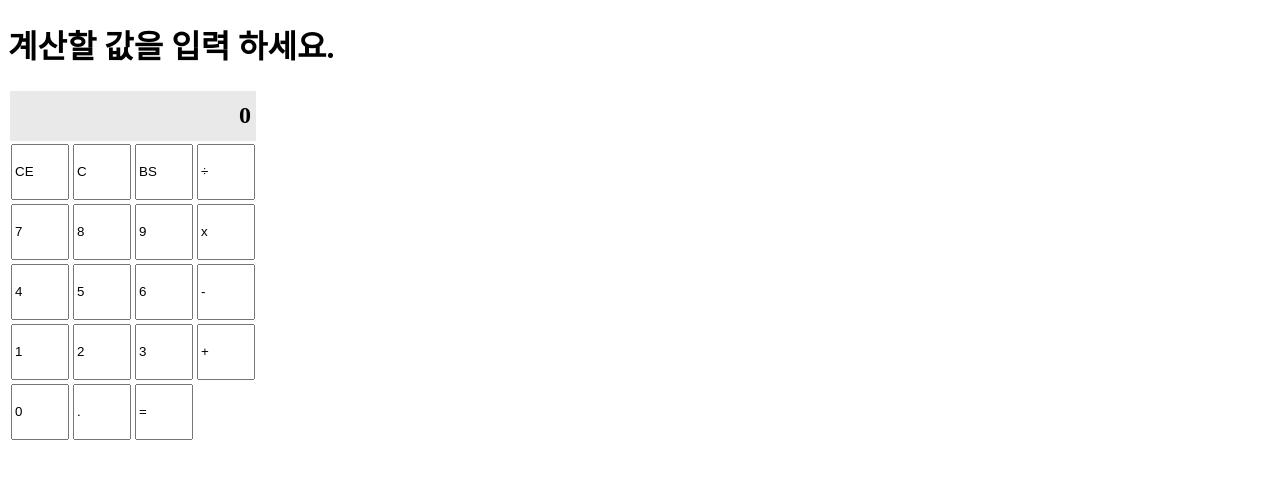
Repository: soyamilk0705/spring-newlecture
Page: ServeltAndJsp/JSPPrj/WebContent/calc3.html
These files come from the project's save history. The page is drawn as it stood at one moment and after the next save; the edit follows.
The browser window is 1280 px wide. The pictures show the whole page.

Above is the page before, as saved 2024-01-13 13:00:43.

### ServeltAndJsp/JSPPrj/WebContent/calc3.html
<!DOCTYPE html>
<html>
<head>
<meta charset="UTF-8">
<title>Insert title here</title>
<style>
input{
	width: 50px;
	height: 50px;
}
.output{
	height: 50px;
	background: #e9e9e9;
	font-size: 24px;
	font-weight: bold;
	text-align: right;
	padding: 0px 5px;
}
</style>
</head>
<body>
	<h1>계산할 값을 입력 하세요.</h1>
	<form action="/calc3" method="post">
		<table>
			<tr>
				<td class="output" colspan="4">0</td>
			</tr>
			<tr>
				<td><input type="" name="operator" value="CE" /></td>
				<td><input type="" name="operator" value="C" /></td>
				<td><input type="" name="operator" value="BS" /></td>
				<td><input type="" name="operator" value="÷" /></td>
			</tr>
			<tr>
				<td><input type="" name="value" value="7" /></td>
				<td><input type="" name="value" value="8" /></td>
				<td><input type="" name="value" value="9" /></td>
				<td><input type="" name="operator" value="x" /></td>
			</tr>
			<tr>
				<td><input type="" name="value" value="4" /></td>
				<td><input type="" name="value" value="5" /></td>
				<td><input type="" name="value" value="6" /></td>
				<td><input type="" name="operator" value="-" /></td>
			</tr>
			<tr>
				<td><input type="" name="value" value="1" /></td>
				<td><input type="" name="value" value="2" /></td>
				<td><input type="" name="value" value="3" /></td>
				<td><input type="" name="operator" value="+" /></td>
			</tr>
			<tr>
				<td><input type="" name="value" value="0" /></td>
				<td><input type="" name="dot" value="." /></td>
				<td><input type="" name="operator" value="=" /></td>
			</tr>
		</table>
	</form>
</body>
</html>

After the next save:
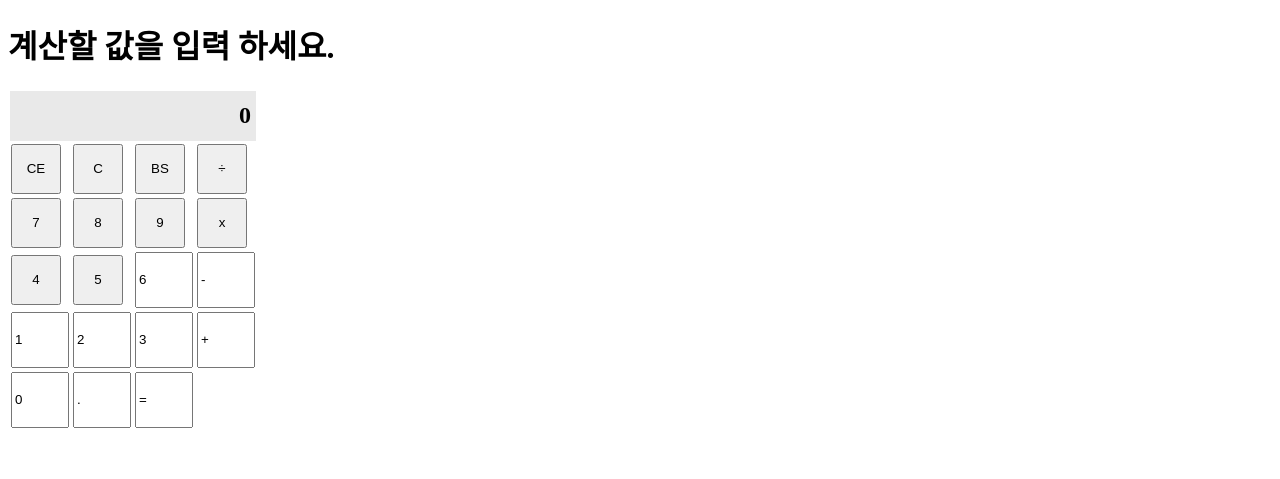
Saved 17 s later.
--- a/ServeltAndJsp/JSPPrj/WebContent/calc3.html
+++ b/ServeltAndJsp/JSPPrj/WebContent/calc3.html
@@ -26,20 +26,20 @@
 				<td class="output" colspan="4">0</td>
 			</tr>
 			<tr>
-				<td><input type="" name="operator" value="CE" /></td>
-				<td><input type="" name="operator" value="C" /></td>
-				<td><input type="" name="operator" value="BS" /></td>
-				<td><input type="" name="operator" value="÷" /></td>
+				<td><input type="submit" name="operator" value="CE" /></td>
+				<td><input type="submit" name="operator" value="C" /></td>
+				<td><input type="submit" name="operator" value="BS" /></td>
+				<td><input type="submit" name="operator" value="÷" /></td>
 			</tr>
 			<tr>
-				<td><input type="" name="value" value="7" /></td>
-				<td><input type="" name="value" value="8" /></td>
-				<td><input type="" name="value" value="9" /></td>
-				<td><input type="" name="operator" value="x" /></td>
+				<td><input type="submit" name="value" value="7" /></td>
+				<td><input type="submit" name="value" value="8" /></td>
+				<td><input type="submit" name="value" value="9" /></td>
+				<td><input type="submit" name="operator" value="x" /></td>
 			</tr>
 			<tr>
-				<td><input type="" name="value" value="4" /></td>
-				<td><input type="" name="value" value="5" /></td>
+				<td><input type="submit" name="value" value="4" /></td>
+				<td><input type="submit" name="value" value="5" /></td>
 				<td><input type="" name="value" value="6" /></td>
 				<td><input type="" name="operator" value="-" /></td>
 			</tr>
